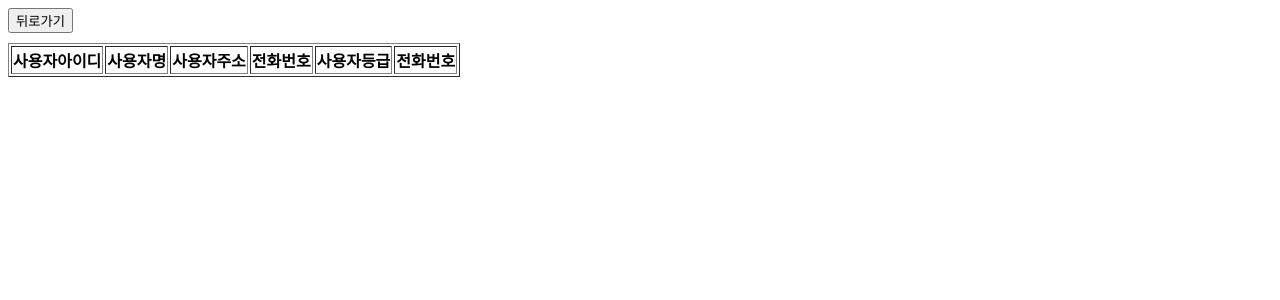
Repository: Ji-wonLee/book_store
Page: http://localhost/sms/userList.jsp
The author's editor kept a copy of each file at every save. The page is drawn from the files as they stood at one save, then again after the next save.
The browser window is 1280 px wide. The pictures show the whole page.
The page is served by Tomcat 9. Other server files are loaded and not shown.

Above is the page before, as saved 2024-05-28 01:39:25.

### sms/src/main/webapp/userList.jsp
<%@ page language="java" contentType="text/html; charset=UTF-8"
    isELIgnored="false" pageEncoding="UTF-8"%>
<%@ taglib prefix="c" uri="http://java.sun.com/jsp/jstl/core" %>
<!DOCTYPE html>
<html>
<head>
	<meta charset="UTF-8">
	<button onclick="history.back()" type="submit" >뒤로가기</button>
	<title>회원 관리</title>
</head>

<body>

<table border='1' style='margin-top:10px'>
	<tr>
		<th>사용자아이디</th>
		<th>사용자명</th>
		<th>사용자주소</th>
		<th>전화번호</th>
		<th>사용자등급</th>
		<th>전화번호</th>
	</tr>
	<c:forEach var = "t" items="${userList}">
		<tr>
			<td>${t.user_id}</td>
			<td>${t.name}</td>
			<td>${t.address}</td>
			<td>${t.phonenum}</td>
			<td>${t.gname}</td>
		</tr>
	</c:forEach>
</table>
</body>
</html>

After the next save:
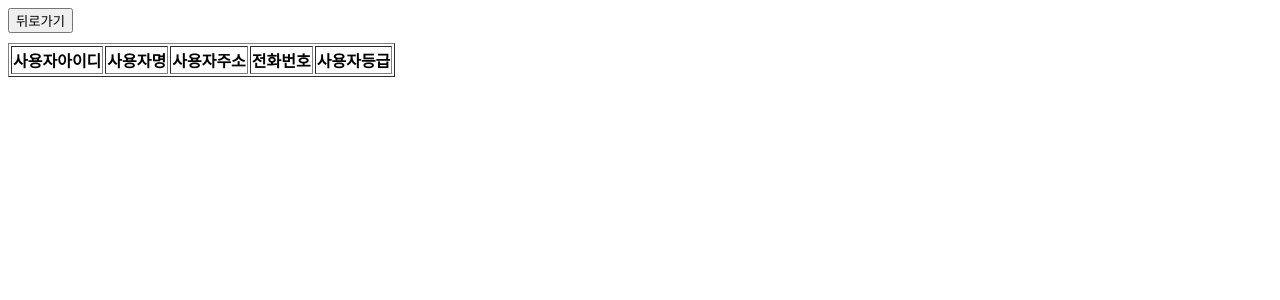
Saved 22 s later.
--- a/sms/src/main/webapp/userList.jsp
+++ b/sms/src/main/webapp/userList.jsp
@@ -18,7 +18,6 @@
 		<th>사용자주소</th>
 		<th>전화번호</th>
 		<th>사용자등급</th>
-		<th>전화번호</th>
 	</tr>
 	<c:forEach var = "t" items="${userList}">
 		<tr>
